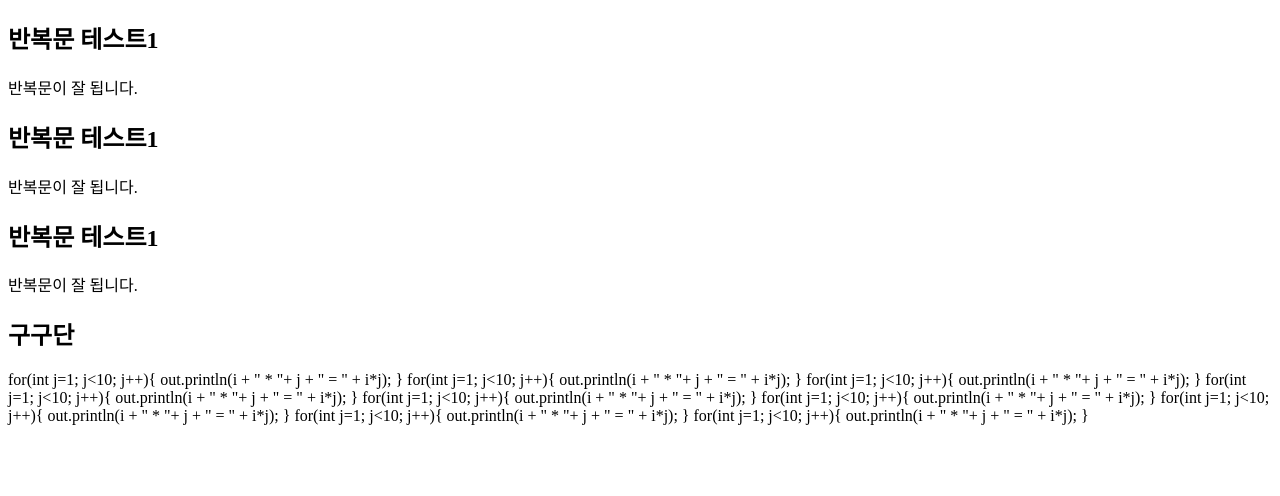
Repository: JongMin22/jsp.practice
Page: http://localhost/JSPBasic/JsPTag/Scriptlet.jsp
The author's editor kept a copy of each file at every save. The page is drawn from the files as they stood at one save, then again after the next save.
The browser window is 1280 px wide. The pictures show the whole page.
The page is served by Tomcat 9.

Above is the page before, as saved 2022-01-28 02:41:35.

### JSPBasic/src/main/webapp/JsPTag/Scriptlet.jsp
<%@ page language="java" contentType="text/html; charset=UTF-8"
    pageEncoding="UTF-8"%>
<!DOCTYPE html>
<html>
<head>
<meta charset="UTF-8">
<title>Insert title here</title>
</head>
<body>
	<!--  스크립트릿 내부에는 자바 코드를 작성할 수 있으며
		이 코드를 반영해 페이지가 구성됩니다. -->
		<%for(int i=0; i<3; i++){ %>
			<h2>반복문 테스트1</h2>
			<p>반복문이 잘 됩니다.</p>
		<% } %>
	<!-- 하단에 구구단 코드를 작성해주세요.
	System.out.println()이 괄호 내 구문을 콘솔에 찍히게 해줬다면
	out.println()은 html화면에 괄호 내 구문을 콘솔에 찍히게 해줍니다.-->
		<h2>구구단</h2>
	<%for(int i=1; i<10; i++){ %>
		 for(int j=1; j<10; j++){
			 out.println(i + " * "+ j + " = " + i*j);

		}
		<%} %>


</body>
</html>

After the next save:
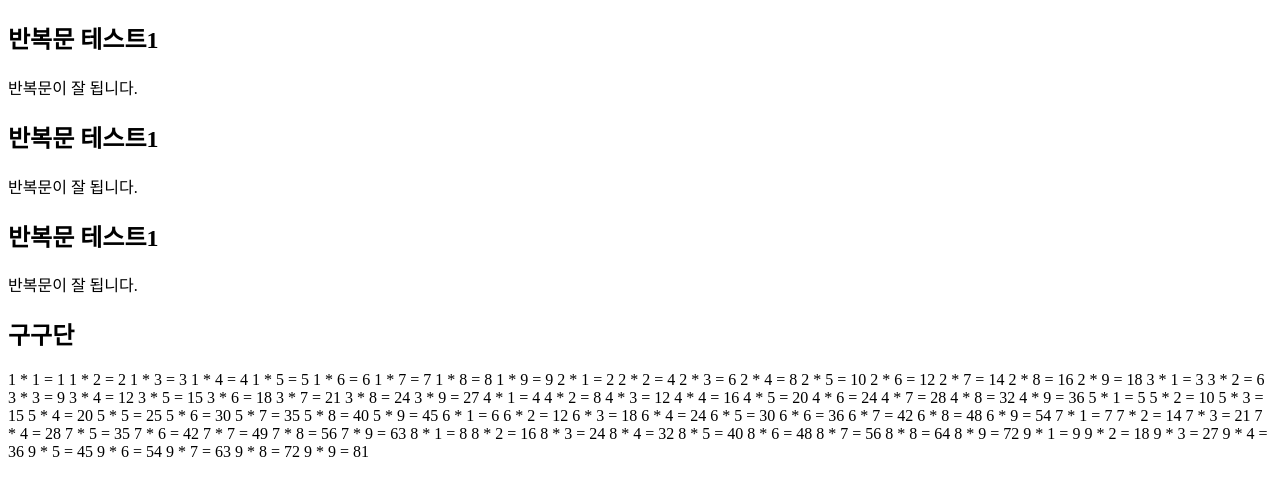
Saved 4 s later.
--- a/JSPBasic/src/main/webapp/JsPTag/Scriptlet.jsp
+++ b/JSPBasic/src/main/webapp/JsPTag/Scriptlet.jsp
@@ -17,12 +17,12 @@
 	System.out.println()이 괄호 내 구문을 콘솔에 찍히게 해줬다면
 	out.println()은 html화면에 괄호 내 구문을 콘솔에 찍히게 해줍니다.-->
 		<h2>구구단</h2>
-	<%for(int i=1; i<10; i++){ %>
+	<%for(int i=1; i<10; i++){
 		 for(int j=1; j<10; j++){
 			 out.println(i + " * "+ j + " = " + i*j);
 
 		}
-		<%} %>
+		} %>
 
 
 </body>
